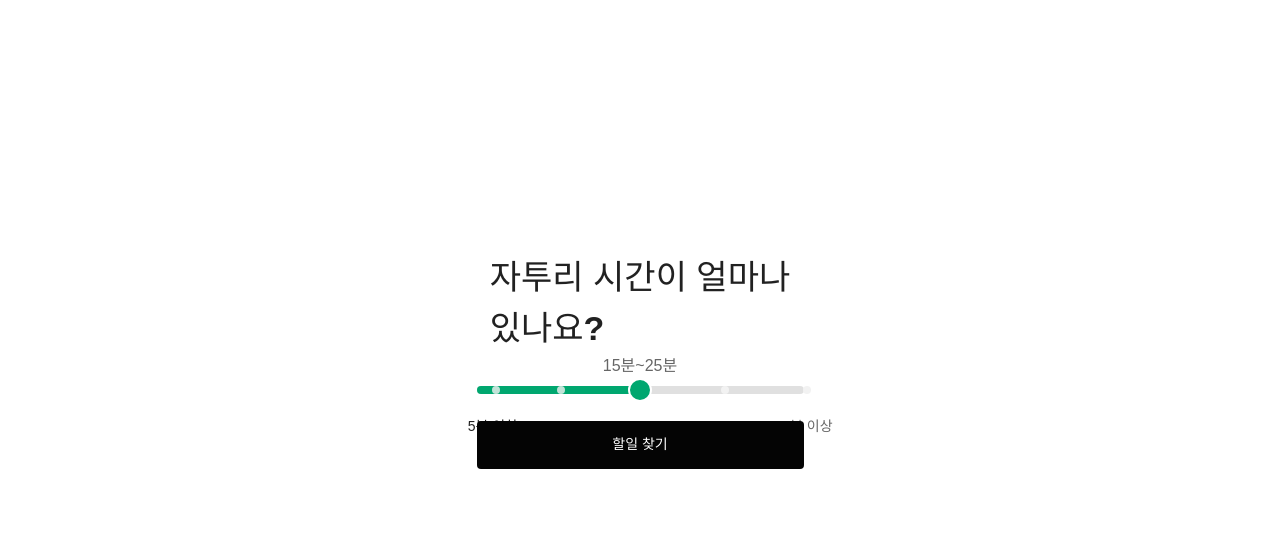
Repository: Tickley-Team/Tickley
Page: /survey
An editor plug-in stored every save of this project. The page is shown before and after the next save, followed by the edit.
The browser window is 1280 px wide. The pictures show the whole page.
The project was rebuilt for these pictures with package versions that can differ from the ones it lists, and the page was loaded fresh each time. Also part of the build but not shown: vite.config.ts, src/components/BottomNavbar.css, src/components/BottomNavbar.tsx, src/hooks/useLocalStorage.ts, src/stores/timeLeftStore.ts, src/utils.ts, src/components/BasicDialog.tsx, src/pages/Todos.tsx and 12 more.

Above is the page before, as saved 2024-12-09 16:26:53.

After the next save:
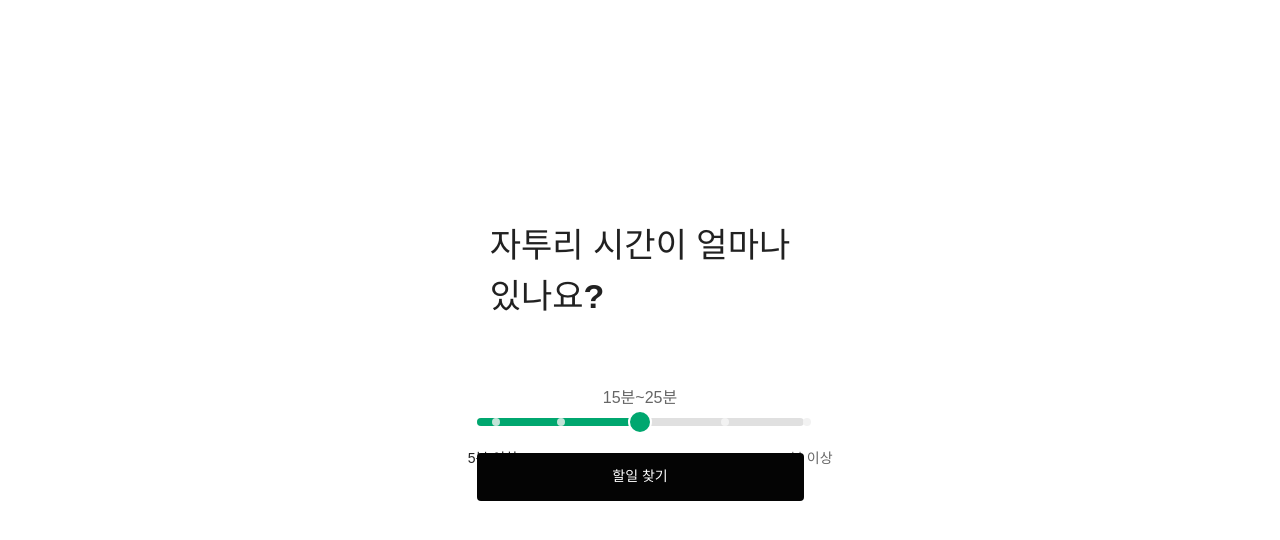
Saved 36 s later.
--- a/src/pages/SurveySpareTime/index.tsx
+++ b/src/pages/SurveySpareTime/index.tsx
@@ -17,6 +17,7 @@
         sx={{
           whiteSpace: 'pre-line',
           textAlign: 'left',
+          marginBottom: '64px',
         }}
       >
         {`자투리 시간이 얼마나\n있나요?`}
